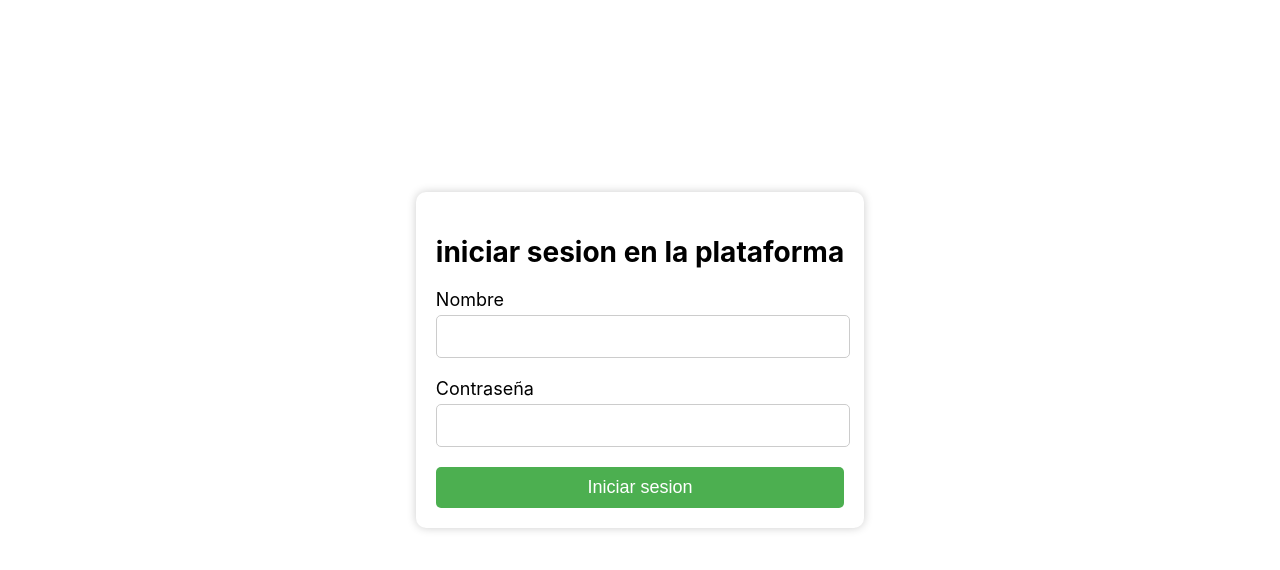
Repository: n0soyHacker/school-administration-app
Page: /
The author's editor kept a copy of each file at every save. The page is drawn from the files as they stood at one save, then again after the next save.
The browser window is 1280 px wide. The pictures show the whole page.
The project was rebuilt for these pictures with package versions that can differ from the ones it lists, and the page was loaded fresh each time.

Above is the page before, as saved 2023-02-18 19:43:49.

After the next save:
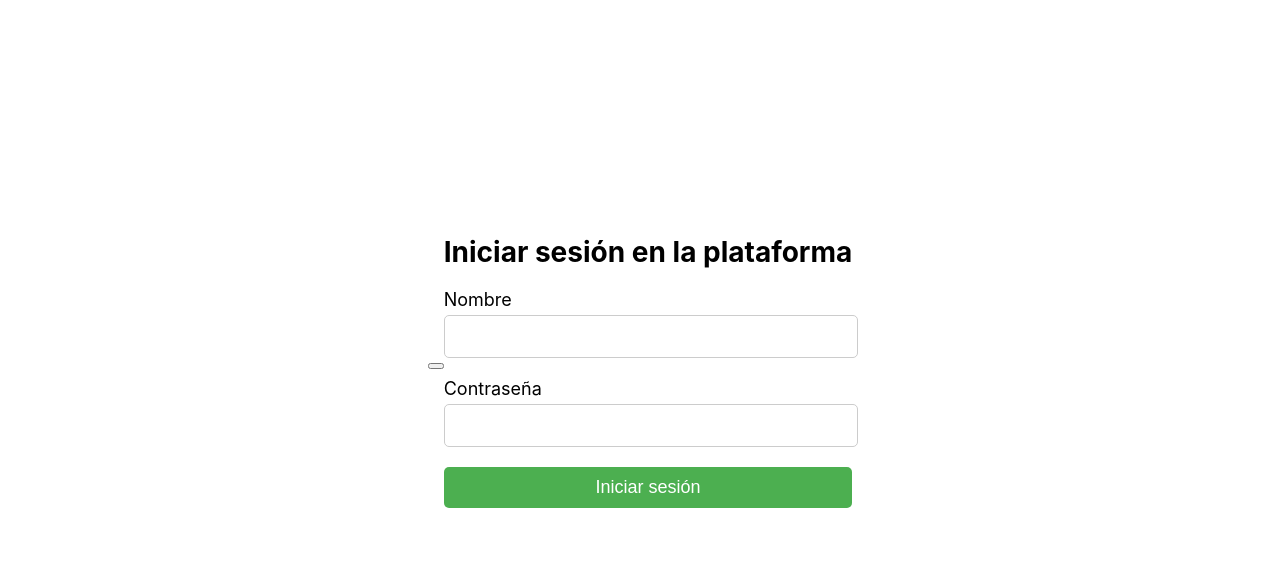
Saved 10 min 5 s later.
--- a/src/App.js
+++ b/src/App.js
@@ -1,24 +1,36 @@
+import React, { useState } from 'react';
 import './styleForm.css';
 
 function App() {
+  const [darkMode, setDarkMode] = useState(false);
+
+  const handleModeChange = () => {
+    setDarkMode(!darkMode);
+  };
+
+  const containerClasses = `container ${darkMode ? 'dark-mode' : 'light-mode'}`;
+
   return (
     <div className="App">
-
-      <div className="form-container">
+      <div className="header">
+        <button className="mode-toggle" onClick={handleModeChange}>
+          {darkMode ? <i className="fas fa-sun"></i> : <i className="fas fa-moon"></i>}
+        </button>
+      </div>
+      <div className={containerClasses}>
         <form>
-          <h2>iniciar sesion en la plataforma</h2>
+          <h2>Iniciar sesión en la plataforma</h2>
           <div className="form-group">
-            <label for="username">Nombre</label>
-            <input type="text" id="username" name='username' required></input>
+            <label htmlFor="username">Nombre</label>
+            <input type="text" id="username" name='username' required />
           </div>
           <div className="form-group">
-            <label for="password">Contraseña</label>
-            <input type="password" id="password" name="password" required></input>
+            <label htmlFor="password">Contraseña</label>
+            <input type="password" id="password" name="password" required />
           </div>
-          <button type='submit'>Iniciar sesion</button>
+          <button type='submit'>Iniciar sesión</button>
         </form>
       </div>
-
     </div>
   );
 }
